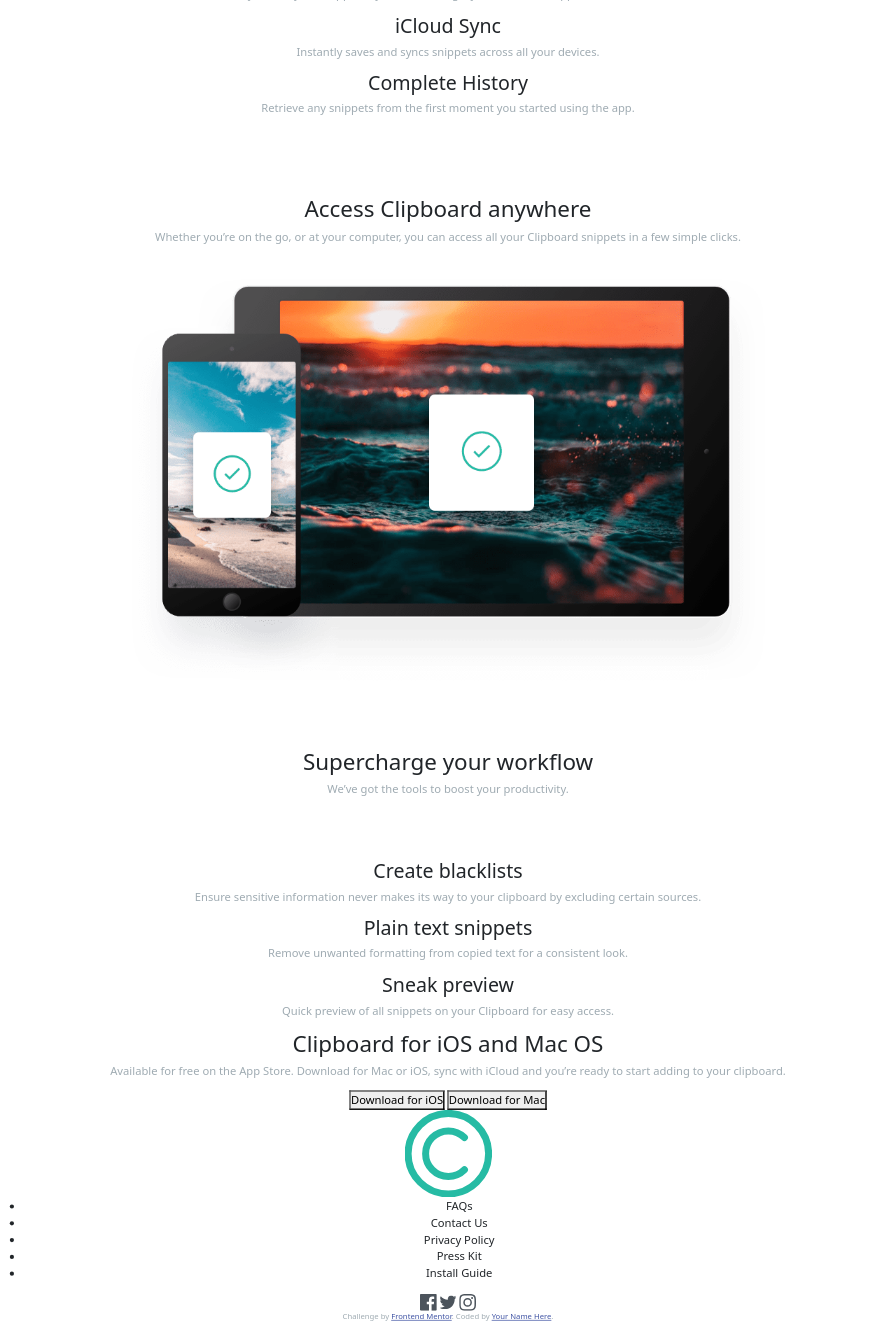
Repository: blordeus/clipboard-landing-page-master
Page: index.html
These files come from the project's save history. The page is drawn as it stood at one moment and after a run of saves; the edit follows.
The browser window is 1280 px wide. The pictures show the part of the page from y = 1462 to 3382 px (the page is 3366 px tall before and 3382 px after), at 70% of full size.
Some web fonts or font styles are not loaded; a fallback is used. The style sheet was rebuilt from its Sass, Less or Tailwind sources for each picture, by a compiler version that may differ from the author's.

Above is the page before, as saved 2023-09-04 11:46:21.

### index.html
<!DOCTYPE html>
<html lang="en">
<head>
  <meta charset="UTF-8">
  <meta name="viewport" content="width=device-width, initial-scale=1.0"> <!-- displays site properly based on user's device -->

  <link rel="icon" type="image/png" sizes="32x32" href="./images/favicon-32x32.png">
  <link rel="stylesheet" href="style.css">
  <link href="https://cdn.jsdelivr.net/npm/bootstrap@5.3.1/dist/css/bootstrap.min.css" rel="stylesheet" integrity="sha384-4bw+/aepP/YC94hEpVNVgiZdgIC5+VKNBQNGCHeKRQN+PtmoHDEXuppvnDJzQIu9" crossorigin="anonymous">
  <title>Frontend Mentor | Clipboard landing page</title>

</head>
<body>
<main class="text-center">
    <header class="background py-4">
      <img src="./images/logo.svg" alt="">
      <h1 class="mt-5 translate-bottom-y">A history of everything you copy</h1>
    </header>

    <p>
      Clipboard allows you to track and organize everything you
      copy. Instantly access your clipboard on all your devices.
    </p>

    <div class="d-grid gap-3 col-10 mx-auto my-5 pb-5">
      <button class="btn-cyan rounded-pill">Download for iOS</button>
      <button class="btn-blue rounded-pill">Download for Mac</button>
    </div>

    <h2 class="pt-5">Keep track of your snippets</h2>

    <p class="pb-5">
      Clipboard instantly stores any item you copy in the cloud,
      meaning you can access your snippets immediately on all your
      devices. Our Mac and iOS apps will help you organize everything.
    </p>

    <section class="d-grid pb-5 mx-4 gap-5">
      <img class="img-fluid" src="./images/image-computer.png" alt="computer">
      <div>
        <h3>Quick Search</h3>
        <p>Easily search your snippets by content, category, web address, application, and more.</p>
        <h3>iCloud Sync</h3>
        <p>Instantly saves and syncs snippets across all your devices.</p>
        <h3>Complete History</h3>
        <p>Retrieve any snippets from the first moment you started using the app.</p>
      </div>
    </section>

    <section class="py-5 mx-4">
      <h2>Access Clipboard anywhere</h2>
      <p class="mb-5">
        Whether you’re on the go, or at your computer, you can access all your Clipboard
        snippets in a few simple clicks.
      </p>
      <img class="img-fluid" src="./images/image-devices.png" alt="">
    </section>

    <section class="mx-3 py-5">
      <h2>Supercharge your workflow</h2>
      <p>We’ve got the tools to boost your productivity.</p>
    </section>

    <section>
      <img src="./" alt="">
      <h3>Create blacklists</h3>
      <p>Ensure sensitive information never makes its way to your clipboard by excluding certain sources.</p>
      <h3>Plain text snippets</h3>
      <p>Remove unwanted formatting from copied text for a consistent look.</p>
      <h3>Sneak preview</h3>
      <p>Quick preview of all snippets on your Clipboard for easy access.</p>
    </section>

    <h2>Clipboard for iOS and Mac OS</h2>

    <p>
      Available for free on the App Store. Download for Mac or iOS, sync with iCloud
      and you’re ready to start adding to your clipboard.
    </p>

    <button>Download for iOS</button>
    <button>Download for Mac</button>

    <section>
      <img src="./images/logo.svg" alt="">
      <ul>
        <li>FAQs</li>
        <li>Contact Us</li>
        <li>Privacy Policy</li>
        <li>Press Kit</li>
        <li>Install Guide</li>
      </ul>
      <div class="icons">
        <img src="./images/icon-facebook.svg" alt="">
        <img src="./images/icon-twitter.svg" alt="">
        <img src="./images/icon-instagram.svg" alt="">
      </div>
    </section>

    <footer>
      <p class="attribution">
        Challenge by <a rel= "noopener" href="https://www.frontendmentor.io?ref=challenge" target="_blank">Frontend Mentor</a>.
        Coded by <a href="#">Your Name Here</a>.
      </p>
    </footer>
</main>
</body>
</html>

### style.scss
@import url('https://fonts.googleapis.com/css2?family=Bai+Jamjuree:wght@400;600&family=Karla:wght@400;700&display=swap');

:root{
--Strong-Cyan: hsl(171, 66%, 44%);
--Light-Blue: hsl(233, 100%, 69%);
--Dark-Grayish-Blue: hsl(210, 10%, 33%);
--Grayish-Blue: hsl(201, 11%, 66%);

}
//reset
* {
    margin: 0;
    padding: 0;
    box-sizing: border-box;
}

body {
    font-family: 'Bai Jamjuree', sans-serif;
    background-color: hsl(204, 43%, 93%);
    font-size: 18px;
}

p {
    color: var(--Grayish-Blue);
}

//button
.btn-cyan {
    background-color: var(--Strong-Cyan);
    color: white;
    padding: 1rem;
    border: none;
    cursor: pointer;
}

.btn-blue {
    background-color: var(--Light-Blue);
    color: white;
    padding: 1rem;
    border: none;
    cursor: pointer;
}

.background {
    background-image: url(./images/bg-header-mobile.png);
    background-repeat: no-repeat;
    background-size: cover;
    background-position: center;
    height: 100%;
    width: 100%;
}

.attribution { font-size: 11px; text-align: center; }
.attribution a { color: hsl(228, 45%, 44%); }

//media query for 900px
@media screen and (min-width: 900px) {
    .background {
        background-image: url(./images/bg-header-desktop.png);
    }
}

After the next 2 saves:
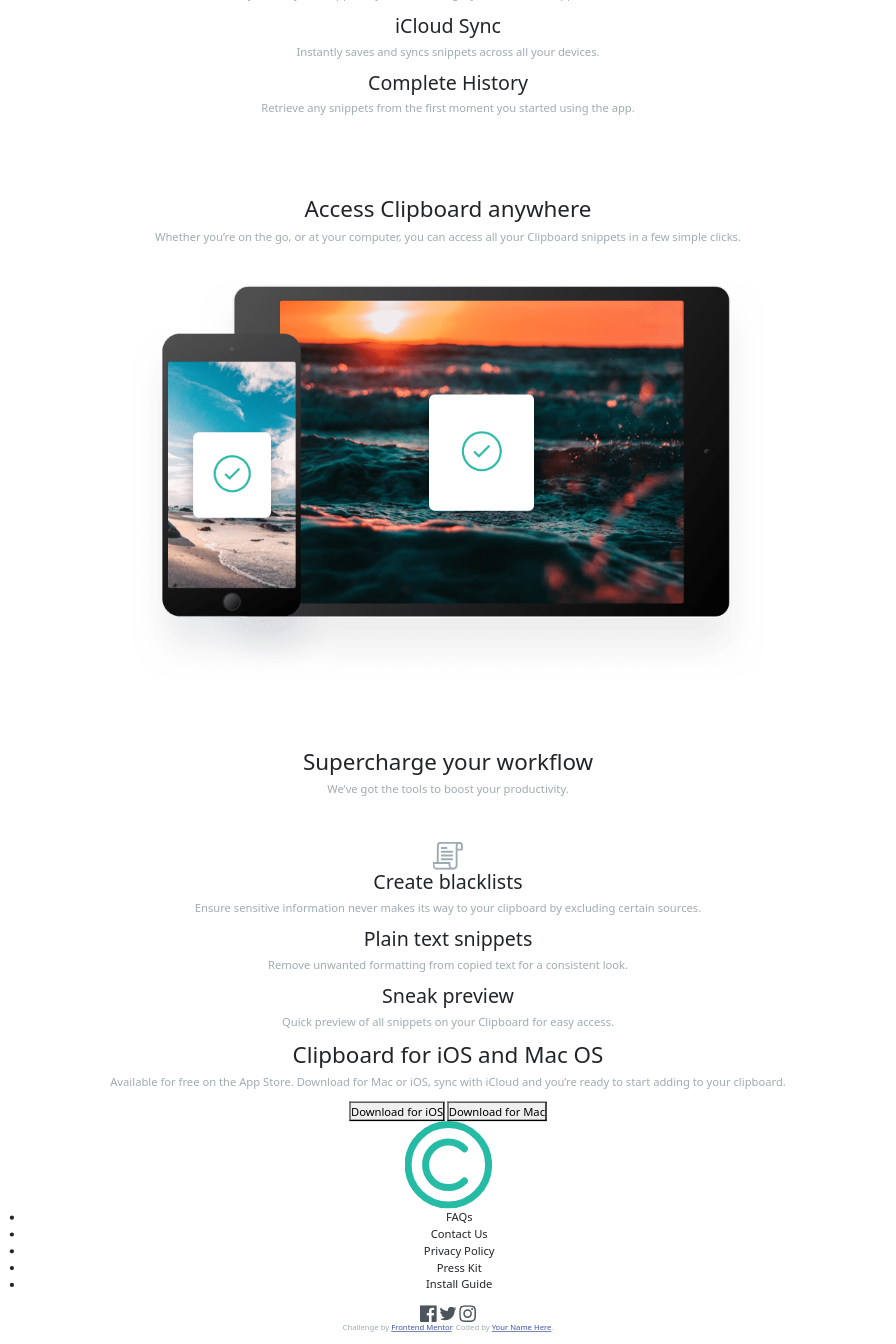
The 2 saves are shown as one change because they came seconds apart.
The last was saved 7 s later.
--- a/index.html
+++ b/index.html
@@ -62,7 +62,7 @@
     </section>
 
     <section>
-      <img src="./" alt="">
+      <img src="./images/icon-blacklist.svg" alt="">
       <h3>Create blacklists</h3>
       <p>Ensure sensitive information never makes its way to your clipboard by excluding certain sources.</p>
       <h3>Plain text snippets</h3>
